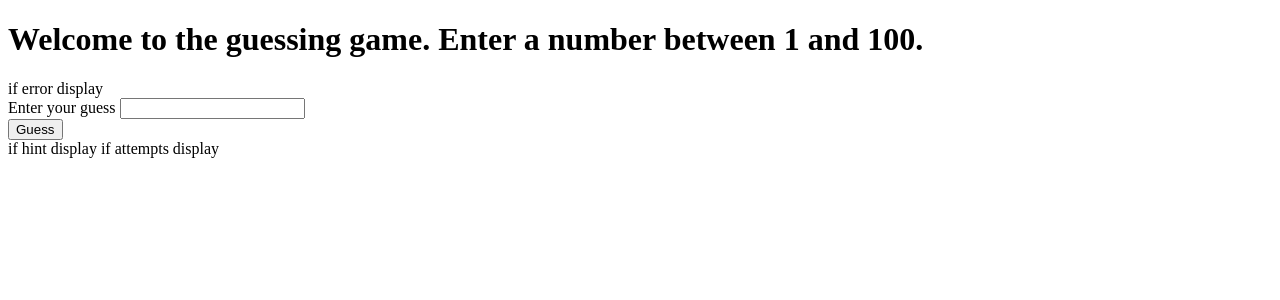
Repository: duckpuppy/Jul_24_26_2013
Page: http://localhost/Day03FNLab05/WEB-INF/pages/play.jsp
An editor plug-in stored every save of this project. The page is shown before and after the next save, followed by the edit.
The browser window is 1280 px wide. The pictures show the whole page.
The page is served by Tomcat 9. Nobody is signed in. Other server files are loaded and not shown. The template is opened directly, without the code that normally fills it, so the values that code supplies are empty.

Above is the page before, as saved 2013-07-26 14:02:18.

### workspace/Day03FNLab05/WebContent/WEB-INF/pages/play.jsp
<%@ page language="java" contentType="text/html; charset=ISO-8859-1"
    pageEncoding="ISO-8859-1"%>
<!DOCTYPE html PUBLIC "-//W3C//DTD HTML 4.01 Transitional//EN" "http://www.w3.org/TR/html4/loose.dtd">
<html>
	<body>
		<h1>Welcome to the guessing game. Enter a number between 1 and 100.</h1>
		if error display
		<form>
			Enter your guess <input type="text" name="guess"/><br/>
			<input type="submit" value="Guess"/>
		</form>

		if hint display
		if attempts display
	</body>
</html>

After the next save:
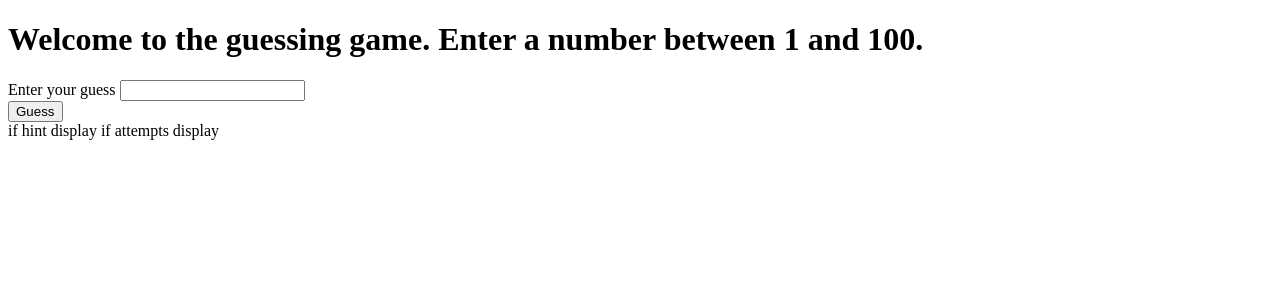
Saved 2 min 27 s later.
--- a/workspace/Day03FNLab05/WebContent/WEB-INF/pages/play.jsp
+++ b/workspace/Day03FNLab05/WebContent/WEB-INF/pages/play.jsp
@@ -4,7 +4,7 @@
 <html>
 	<body>
 		<h1>Welcome to the guessing game. Enter a number between 1 and 100.</h1>
-		if error display
+		<h3 style="color: #FF0000;"></h3>
 		<form>
 			Enter your guess <input type="text" name="guess"/><br/>
 			<input type="submit" value="Guess"/>
